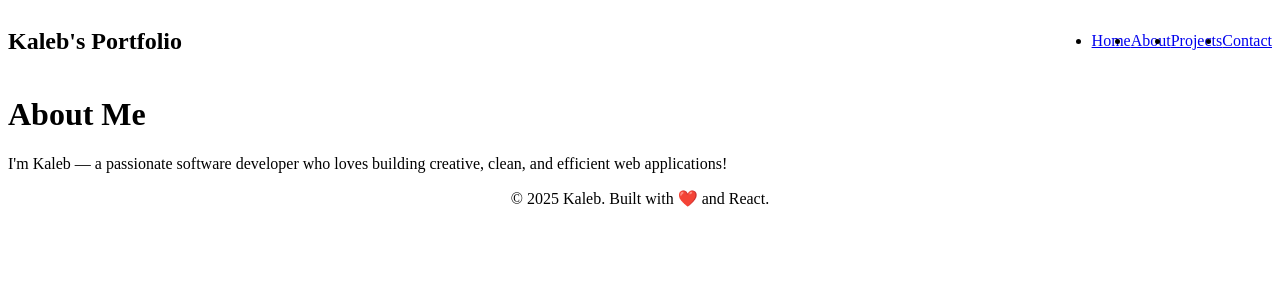
Repository: KalebMalone/portfolio-site
Page: /about
An editor plug-in stored every save of this project. The page is shown before and after a run of saves, followed by the edit.
The browser window is 1280 px wide. The pictures show the whole page.
The project was rebuilt for these pictures with package versions that can differ from the ones it lists, and the page was loaded fresh each time. Also part of the build but not shown: vite.config.js, src/pages/Home.jsx.

Above is the page before, as saved 2025-04-23 16:47:37.

### src/App.jsx
import { BrowserRouter as Router, Routes, Route } from 'react-router-dom';
import Home from './pages/Home';
import About from './pages/About';
import Projects from './pages/Projects';
import Contact from './pages/Contact';
import Header from './components/Header';
import Footer from './components/Footer';

function App() {
  return (
    <Router>
      <Header />
      <Routes>
        <Route path="/" element={<Home />} />
        <Route path="/about" element={<About />} />
        <Route path="/projects" element={<Projects />} />
        <Route path="/contact" element={<Contact />} />
      </Routes>
      <Footer />
    </Router>
  );
}

export default App;

### src/pages/About.jsx
const About = () => {
    return (
        <div className="p-6">
            <h1 className="text-3xl font-bold mb-4">About Me</h1>
            <p className="text-lg text-gray-700">
                I'm Kaleb — a passionate software developer who loves building creative, clean, and efficient web applications!
            </p>
        </div>
    );
};

export default About;

### src/components/Header.jsx
import { Link } from 'react-router-dom';

const Header = () => {
    return (
        <header className="bg-gray-900 text-white px-6 py-4 shadow-md">
            <nav className="flex justify-between items-center max-w-6xl mx-auto">
                <h1 className="text-2xl font-bold">Kaleb's Portfolio</h1>
                <ul className="flex gap-6 text-lg">
                    <li><Link to="/" className="hover:text-blue-400">Home</Link></li>
                    <li><Link to="/about" className="hover:text-blue-400">About</Link></li>
                    <li><Link to="/projects" className="hover:text-blue-400">Projects</Link></li>
                    <li><Link to="/contact" className="hover:text-blue-400">Contact</Link></li>
                </ul>
            </nav>
        </header>
    );
};

export default Header;

### src/components/Footer.jsx
const Footer = () => {
    return (
        <footer className="bg-gray-800 text-white text-center py-4 mt-10">
            <p>© {new Date().getFullYear()} Kaleb. Built with ❤️ and React.</p>
        </footer>
    );
};

export default Footer;

Loaded but not shown: index.html (common file); src/main.jsx (common file); src/index.css (common file); src/pages/Projects.jsx (no stored copy; drawn as an empty file); src/pages/Contact.jsx (no stored copy; drawn as an empty file)

After the next 2 saves:
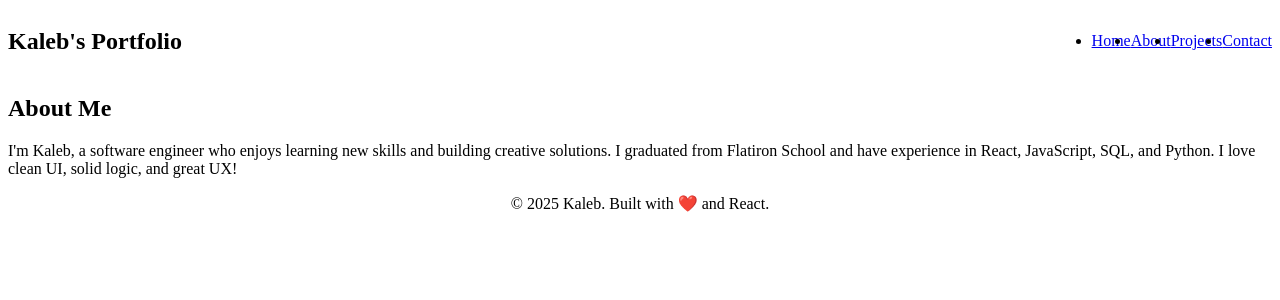
The 2 saves are shown as one change because they came seconds apart.
The last was saved 11 s later.
--- a/src/pages/About.jsx
+++ b/src/pages/About.jsx
@@ -1,11 +1,11 @@
 const About = () => {
     return (
-        <div className="p-6">
-            <h1 className="text-3xl font-bold mb-4">About Me</h1>
-            <p className="text-lg text-gray-700">
-                I'm Kaleb — a passionate software developer who loves building creative, clean, and efficient web applications!
+        <section className="p-6 max-w-3xl mx-auto">
+            <h2 className="text-3xl font-bold mb-4">About Me</h2>
+            <p className="text-gray-700 text-lg">
+                I'm Kaleb, a software engineer who enjoys learning new skills and building creative solutions. I graduated from Flatiron School and have experience in React, JavaScript, SQL, and Python. I love clean UI, solid logic, and great UX!
             </p>
-        </div>
+        </section>
     );
 };
 
